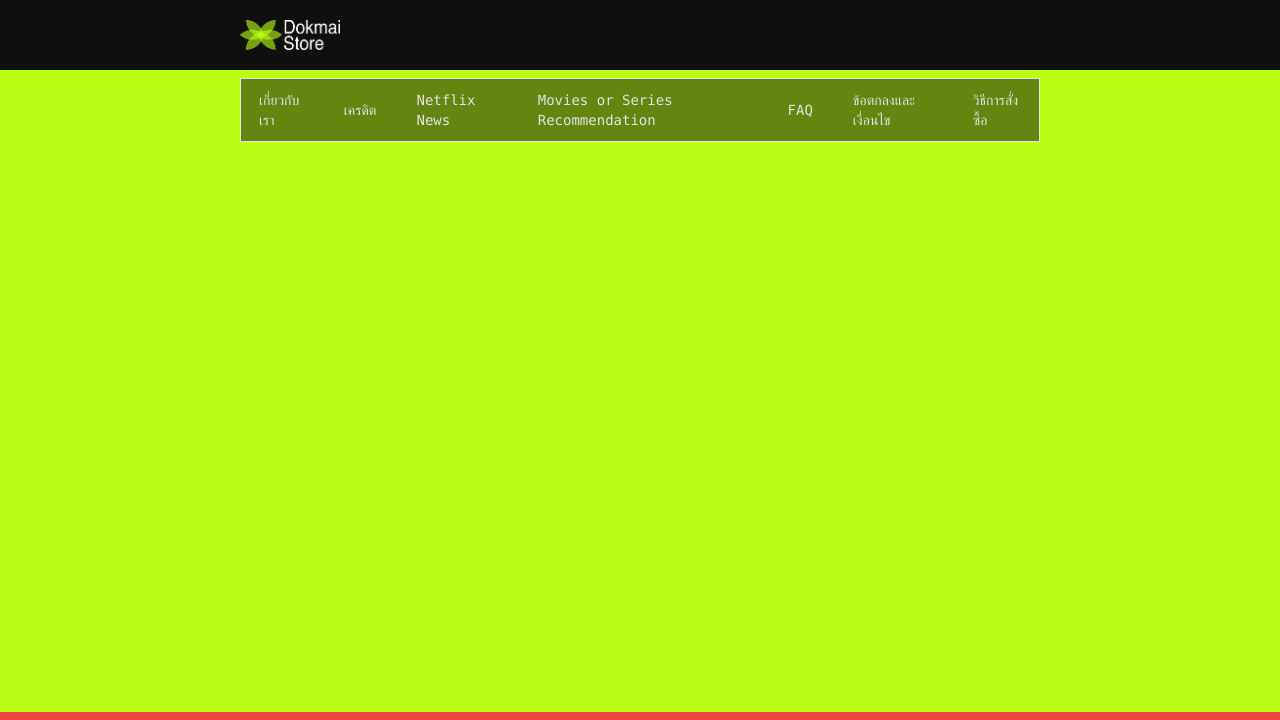
Repository: 0981237197640128312768320198372/oakdoiaj9w28wdumoakwd2398dijkamd3298udijnasd82yt2384772390823947
Page: /
The author's editor kept a copy of each file at every save. The page is drawn from the files as they stood at one save, then again after the next save.
The browser window is 1280 px wide. The pictures show the whole page.
The project was rebuilt for these pictures with package versions that can differ from the ones it lists, and the page was loaded fresh each time. The framework's server and built-in components were replaced by stand-ins that run in the browser. Also part of the build but not shown: next.config.mjs, constant/index.tsx.

Above is the page before, as saved 2024-09-29 00:49:24.

### app/layout.tsx
/* eslint-disable @typescript-eslint/no-unused-vars */
import type { Metadata } from "next"
import "../styles/globals.css"
import Navbar from "@/components/Navbar"
export const metadata: Metadata = {
  title: "บัญชี Netflix Premium คุณภาพสูง | Dokmai Store",
  description:
    "แพลตฟอร์มสินค้าดิจิทัลที่ดีที่สุดในประเทศไทย สำหรับทุกคนที่ต้องการ Netflix Premium ราคาถูกและคุณภาพดี ที่ Dokmai Store เราเป็นผู้ขายอันดับหนึ่งในไทย พร้อมการันตีคุณภาพการใช้งานตลอดอายุการใช้งาน ด้วยบริการที่เชื่อถือได้ ตอบกลับลูกค้าอย่างรวดเร็วภายใน 10 นาที และไม่เกิน 24 ชั่วโมง พร้อมช่วยแก้ไขปัญหาทุกอย่างเพื่อให้คุณได้รับประสบการณ์การดูหนังและซีรีส์ที่ดีที่สุด",
  icons: {
    icon: "./favicon.ico",
    apple: "./apple-touch-icon.png",
  },
  keywords:
    "Netflix Premium, บัญชี Netflix, บริการสตรีมมิ่ง, ดูหนังออนไลน์, ดูซีรีส์, บัญชีราคาถูก, Dokmai Store, ซื้อ Netflix ราคาถูก, บัญชี Netflix ราคาถูก, บัญชี Netflix คุณภาพดี, บริการลูกค้าไว, Netflix Premium, Netflix, Premium, Netflix Account, Account, Netflix Access, Dokmai, Store, Dokmai Store, Digital Product, Premium App, Streaming Service, Service, Streaming, Movie, Movies, Series, Action, Comedy, Drama, Romantic, Watching, Netflix Series, Netflix Movie, Cheap, Cheap Price, High Quality, Good Quality, Quality, Fast Service, Fast Response, Trustable, Reliable, Affordable, เน็ตฟลิกซ์พรีเมียม, เน็ตฟลิกซ์, พรีเมียม, บัญชีเน็ตฟลิกซ์, บัญชี, แอคเค้าท์เน็ตฟลิกซ์,  แอคเค้าท์, เน็ตฟลิกซ์ Access, ดอกไม้สโตร์, ดอกไม้, สโตร์, ร้านค้า, สินค้าดิจิทัล, สินค้าดิจิตอล, แอพพรีเมียม, บริการสตรีมมื่ง, บริการ, สตรีมมิ่ง, หนัง, ดูหนัง, ซีรีย์, ดูซีรีย์, ดู, ซีรีย์เน็ตฟลิกซ์, ซีรีย์ Netflix, Series เน็ตฟลิกซ์, หนังเน็ตฟลิกซ์, หนัง Netflix, ราคาถูก, ราคาดี, ถูก, คุณภาพดี, คุณภาพสูง, คุณภาพ, บริการเร็ว, บริการไว, บริการดี, ตอบเร็ว, ตอบไว, น่าเชื่อถือ, เชื่อถือได้",
  openGraph: {
    type: "website",
    url: "https://www.dokmaistore.com",
    title: "บัญชี Netflix Premium คุณภาพสูง | Dokmai Store",
    description:
      "แพลตฟอร์มสินค้าดิจิทัลที่ดีที่สุดในประเทศไทย สำหรับทุกคนที่ต้องการ Netflix Premium ราคาถูกและคุณภาพดีที่ Dokmai Store เราเป็นผู้ขายอันดับหนึ่งในไทย พร้อมการันตีคุณภาพการใช้งานตลอดอายุการใช้งาน ด้วยบริการที่เชื่อถือได้ ตอบกลับลูกค้าอย่างรวดเร็วภายใน 10 นาที และไม่เกิน 24 ชั่วโมง พร้อมช่วยแก้ไขปัญหาทุกอย่างเพื่อให้คุณได้รับประสบการณ์การดูหนังและซีรีส์ที่ดีที่สุด",
    images: [
      {
        url: "https://www.dokmaistore.com/og-dokmaistore.jpg",
        width: 1200,
        height: 630,
        alt: "Netflix Premium คุณภาพสูง ราคาถูก ที่ Dokmai Store",
      },
    ],
    siteName: "Dokmai Store",
  },
  twitter: {
    card: "summary_large_image",
    site: "@DokmaiStore",
    title: "บัญชี Netflix Premium คุณภาพสูง | Dokmai Store",
    description:
      "แพลตฟอร์มสินค้าดิจิทัลที่ดีที่สุดในประเทศไทย สำหรับทุกคนที่ต้องการ Netflix Premium ราคาถูกและคุณภาพดีที่ Dokmai Store เราเป็นผู้ขายอันดับหนึ่งในไทย พร้อมการันตีคุณภาพการใช้งานตลอดอายุการใช้งาน ด้วยบริการที่เชื่อถือได้ ตอบกลับลูกค้าอย่างรวดเร็วภายใน 10 นาที และไม่เกิน 24 ชั่วโมง พร้อมช่วยแก้ไขปัญหาทุกอย่างเพื่อให้คุณได้รับประสบการณ์การดูหนังและซีรีส์ที่ดีที่สุด",
    images: [
      {
        url: "https://www.dokmaistore.com/og-dokmaistore.jpg",
        alt: "Netflix Premium คุณภาพสูง ราคาถูก ที่ Dokmai Store",
      },
    ],
  },
  alternates: {
    canonical: "https://www.dokmaistore.com",
    languages: {
      "th-TH": "https://www.dokmaistore.com/th",
    },
  },
}

export default function RootLayout({
  children,
}: Readonly<{
  children: React.ReactNode
}>) {
  return (
    <html lang='en' className='!scroll-smooth'>
      <body className='antialiased font-mono min-h-screen bg-dark-800 text-light-200'>
        <Navbar />
        <div className='flex flex-col justify-start items-center w-full h-screen p-10 lg:px-60 pt-20 bg-primary'>
          {children}
        </div>
        <div className='w-full h-2 fixed bottom-0 bg-green-500 sm:bg-yellow-500 md:bg-orange-500 lg:bg-red-500' />
      </body>
    </html>
  )
}

### app/(root)/layout.tsx
/* eslint-disable @typescript-eslint/no-unused-vars */
import type { Metadata } from "next"
import "../../styles/globals.css"

export const metadata: Metadata = {
  title: "Dokmai Store - High Quality Account Netflix Premium",
  description: "watch series now website for payment",
}

export default function RootLayout({
  children,
}: Readonly<{
  children: React.ReactNode
}>) {
  return (
    <html lang='en'>
      <body className='antialiased font-mono min-h-screen bg-dark-800 text-light-200'>
        <div className='flex flex-col justify-center items-center w-full p-10 h-screen'>
          {children}
        </div>
        {/* <div className='w-full h-2 fixed bottom-0 bg-green-500 sm:bg-yellow-500 md:bg-orange-500 lg:bg-red-500' /> */}
      </body>
    </html>
  )
}

### app/(root)/(home)/page.tsx
import HeroSection from "@/components/HeroSection"
import { TextHoverEffect } from "@/components/ui/text-hover-effect"

export default function Home() {
  return (
    <main className='flex flex-col'>
      <div className='flex justify-center items-center'>
        <TextHoverEffect text='DOKMAI' />
      </div>
      <HeroSection />
    </main>
  )
}

### styles/globals.css
@tailwind base;
@tailwind components;
@tailwind utilities;

@font-face {
  font-family: "dokmai-light";
  src: url("../assets/fonts/dokmai-light.ttf") format("woff2");
}
@font-face {
  font-family: "dokmai-regular";
  src: url("../assets/fonts/dokmai-regular.ttf") format("woff2");
}
@font-face {
  font-family: "dokmai-italic";
  src: url("../assets/fonts/dokmai-italic.ttf") format("woff2");
}
@font-face {
  font-family: "dokmai-bold";
  src: url("../assets/fonts/dokmai-bold.ttf") format("woff2");
}
@font-face {
  font-family: "dokmai-bold-italic";
  src: url("../assets/fonts/dokmai-bold-italic.ttf") format("woff2");
}
@font-face {
  font-family: "dokmai-bold-rounded";
  src: url("../assets/fonts/dokmai-bold-rounded.otf") format("woff2");
}
@font-face {
  font-family: "AktivGrotesk";
  font-weight: 900;
  font-style: normal;
  src: url("../assets/fonts/AktivGrotesk-Black.otf") format("opentype");
}

@font-face {
  font-family: "AktivGrotesk";
  font-weight: 900;
  font-style: italic;
  src: url("../assets/fonts/AktivGrotesk-BlackItalic.otf") format("opentype");
}

@font-face {
  font-family: "AktivGrotesk";
  font-weight: 700;
  font-style: normal;
  src: url("../assets/fonts/AktivGrotesk-Bold.otf") format("opentype");
}

@font-face {
  font-family: "AktivGrotesk";
  font-weight: 700;
  font-style: italic;
  src: url("../assets/fonts/AktivGrotesk-BoldItalic.otf") format("opentype");
}

@font-face {
  font-family: "AktivGrotesk";
  font-weight: 100;
  font-style: normal;
  src: url("../assets/fonts/AktivGrotesk-Hairline.otf") format("opentype");
}

@font-face {
  font-family: "AktivGrotesk";
  font-weight: 100;
  font-style: italic;
  src: url("../assets/fonts/AktivGrotesk-HairlineItalic.otf") format("opentype");
}

@font-face {
  font-family: "AktivGrotesk";
  font-weight: 400;
  font-style: italic;
  src: url("../assets/fonts/AktivGrotesk-Italic.otf") format("opentype");
}

@font-face {
  font-family: "AktivGrotesk";
  font-weight: 300;
  font-style: normal;
  src: url("../assets/fonts/AktivGrotesk-Light.otf") format("opentype");
}

@font-face {
  font-family: "AktivGrotesk";
  font-weight: 300;
  font-style: italic;
  src: url("../assets/fonts/AktivGrotesk-LightItalic.otf") format("opentype");
}

@font-face {
  font-family: "AktivGrotesk";
  font-weight: 500;
  font-style: normal;
  src: url("../assets/fonts/AktivGrotesk-Medium.otf") format("opentype");
}

@font-face {
  font-family: "AktivGrotesk";
  font-weight: 500;
  font-style: italic;
  src: url("../assets/fonts/AktivGrotesk-MediumItalic.otf") format("opentype");
}

@font-face {
  font-family: "AktivGrotesk";
  font-weight: 400;
  font-style: normal;
  src: url("../assets/fonts/AktivGrotesk-Regular.otf") format("opentype");
}

@font-face {
  font-family: "AktivGrotesk";
  font-weight: 200;
  font-style: normal;
  src: url("../assets/fonts/AktivGrotesk-Thin.otf") format("opentype");
}

@font-face {
  font-family: "AktivGrotesk";
  font-weight: 200;
  font-style: italic;
  src: url("../assets/fonts/AktivGrotesk-ThinItalic.otf") format("opentype");
}

@font-face {
  font-family: "AktivGrotesk";
  font-weight: 800;
  font-style: normal;
  src: url("../assets/fonts/AktivGrotesk-XBold.otf") format("opentype");
}

@font-face {
  font-family: "AktivGrotesk";
  font-weight: 800;
  font-style: italic;
  src: url("../assets/fonts/AktivGrotesk-XBoldItalic.otf") format("opentype");
}

.__stroke {
  font-size: 48px; /* Adjust the size as needed */
  -webkit-text-stroke: 0.5px #b9fe13; /* 1px stroke with black color */
  color: transparent; /* Makes the fill transparent */
}

a:focus,
button:focus,
img:focus {
  @apply focus:outline-none focus:ring-[0.5px] focus:ring-primary focus:border-primary;
}

### components/Navbar.tsx
"use client"

import React, { useState, useEffect } from "react"
import { usePathname } from "next/navigation"
import Link from "next/link"
import MobileNav from "./MobileNav"
import Image from "next/image"
import dokmaiwithtext from "@/assets/images/dokmaiwithtext.png"
import dokmailogo from "@/assets/images/dokmailogo.png"
import { navButtons } from "@/constant"

const Navbar = () => {
  const path = usePathname()

  const [prevScrollPos, setPrevScrollPos] = useState(0)
  // eslint-disable-next-line @typescript-eslint/no-unused-vars
  const [scrollToTopVisible, setScrollToTopVisible] = useState(false)
  const [visible, setVisible] = useState(true)
  const handleScroll = () => {
    const currentScrollPos = window.pageYOffset
    const isScrollingDown = prevScrollPos < currentScrollPos
    if (currentScrollPos <= 0) {
      // If at the top of the page, make the navbar always visible
      setVisible(true)
      setScrollToTopVisible(false)
    } else {
      setVisible(isScrollingDown)
      setScrollToTopVisible(currentScrollPos > 350)
    }
    setPrevScrollPos(currentScrollPos)
  }
  useEffect(() => {
    window.addEventListener("scroll", handleScroll)
    return () => {
      window.removeEventListener("scroll", handleScroll)
    }
  })

  return (
    <nav
      className={`fixed flex flex-col items-start justify-center top-0 left-0 w-full transition-transform duration-500 z-50 transform  ${
        visible ? "translate-y-0" : "-translate-y-full"
      } z-10`}
    >
      <div className='w-full gap-10 bg-dark-800 py-5 flex px-10 lg:px-60 justify-between duration-1000 items-center '>
        <Link href='/' className='flex select-none items-center gap-1 w-fit'>
          <Image
            width={100}
            height={100}
            src={dokmaiwithtext}
            alt='Dokmai Store'
            className='duration-700 hidden lg:block'
          />
          <Image
            width={60}
            height={60}
            src={dokmailogo}
            alt='Dokmai Store'
            className='duration-700 lg:hidden'
          />
        </Link>
        <div className='flex items-center justify-end gap-5'>
          <div className='justify-center items-center gap-3 md:gap-5 lg:gap-5 hidden max-md:flex'>
            <MobileNav />
          </div>
        </div>
      </div>
      <div className='w-full gap-10 pt-2 flex px-10 lg:px-60 justify-between duration-1000 items-center'>
        <div className='flex w-full justify-between items-center bg-dark-800/50 backdrop-blur border border-t-[1px border-primary] max-md:hidden lg:text-md p-2'>
          <div className=' w-full flex gap-5 justify-between items-center text-white'>
            {navButtons.map((nav, i) => (
              <Link
                href={nav.url}
                key={i}
                className={`text-light-200 flex-col-reverse py-[3px] px-[10px] rounded-sm md:text-sm font-medium group duration-200 ${
                  path === nav.url
                    ? "font-black transition-transform duration-700 "
                    : ""
                }${path === nav.url ? " text-primary" : " hover:text-primary"}`}
              >
                {nav.title}
              </Link>
            ))}
          </div>
        </div>
      </div>
    </nav>
  )
}

export default Navbar

### components/HeroSection.tsx
"use client"

import React from "react"

const HeroSection = () => {
  return (
    <section
      id='HeroSection'
      className='flex flex-col justify-center items-center'
    >
      <div className='hero bg-cover bg-center h-screen flex flex-col justify-center items-center text-center px-4'>
        <h1 className='text-4xl md:text-6xl font-bold text-white mb-4'>
          Watch More Series, Spend Less Money
        </h1>
        <p className='text-xl md:text-2xl text-gray-200 max-w-xl mx-auto mb-6'>
          Get Netflix Premium and other top streaming apps without breaking the
          bank. Enjoy more shows and movies for less, only at Dokmai Store.
        </p>
        <button className='bg-red-600 text-white px-6 py-3 rounded-full hover:bg-red-700 transition duration-300'>
          Start Watching Today
        </button>
      </div>
    </section>
  )
}

export default HeroSection

### components/MobileNav.tsx
/* eslint-disable @typescript-eslint/no-unused-vars */
import { navButtons } from "@/constant"
import Link from "next/link"
import { usePathname } from "next/navigation"
import { CiMenuBurger } from "react-icons/ci"
import { Drawer, DrawerContent, DrawerTrigger } from "@/components/ui/drawer"

const MobileNav = () => {
  const path = usePathname()
  return (
    <Drawer>
      <DrawerTrigger className='hidden max-md:flex dark:hover:bg-white/10 hover:bg-black/5 p-2'>
        <CiMenuBurger className='duration-500 text-dark-800 dark:text-primary text-3xl' />
      </DrawerTrigger>
      <DrawerContent className='bg-gray-200 dark:bg-dark-600 border-none px-5 pb-5 gap-10'>
        <div className='flex flex-col justify-start items-start'>
          <p className='font-mono text-xs tracking-widest text-white/70'>
            Watch MORE Series, Spend LESS MONEY!
          </p>
          <span className='font-aktivGroteskBold text-4xl pt-1 __stroke'>
            DOKMAI STORE
          </span>
        </div>
        <div className='gap-5 flex flex-col justify-end items-end'>
          {navButtons.map((nav, i) => (
            <Link
              href={nav.url}
              key={i}
              className={`dark:text-gray-400 flex-col-reverse py-[3px] px-[10px] rounded-full md:text-sm font-medium group duration-200 w-fit ${
                path === nav.url
                  ? "font-black transition-transform duration-700 "
                  : ""
              }${
                path === nav.url
                  ? " dark:text-primary text-primary bg-primary/20"
                  : " hover:dark:text-primary hover:text-primary hover:bg-primary/20"
              }`}
            >
              {nav.title}
            </Link>
          ))}
        </div>
      </DrawerContent>
    </Drawer>
  )
}

export default MobileNav

### components/ui/drawer.tsx
"use client"

import * as React from "react"
import { Drawer as DrawerPrimitive } from "vaul"

const Drawer = ({
  shouldScaleBackground = true,
  ...props
}: React.ComponentProps<typeof DrawerPrimitive.Root>) => (
  <DrawerPrimitive.Root
    shouldScaleBackground={shouldScaleBackground}
    {...props}
  />
)
Drawer.displayName = "Drawer"

const DrawerTrigger = DrawerPrimitive.Trigger

const DrawerPortal = DrawerPrimitive.Portal

const DrawerClose = DrawerPrimitive.Close

const DrawerOverlay = React.forwardRef<
  React.ElementRef<typeof DrawerPrimitive.Overlay>,
  React.ComponentPropsWithoutRef<typeof DrawerPrimitive.Overlay>
>(({ className, ...props }, ref) => (
  <DrawerPrimitive.Overlay
    ref={ref}
    className={
      `fixed inset-0 z-50 bg-black/80 ${className}`}
    {...props}
  />
))
DrawerOverlay.displayName = DrawerPrimitive.Overlay.displayName

const DrawerContent = React.forwardRef<
  React.ElementRef<typeof DrawerPrimitive.Content>,
  React.ComponentPropsWithoutRef<typeof DrawerPrimitive.Content>
>(({ className, children, ...props }, ref) => (
  <DrawerPortal>
    <DrawerOverlay />
    <DrawerPrimitive.Content
      ref={ref}
      className={`fixed inset-x-0 bottom-0 z-50 mt-24 flex h-auto flex-col rounded-t-[10px] border border-neutral-200 bg-white dark:border-neutral-800 dark:bg-neutral-950 ${className}`
    }
      {...props}
    >
      <div className="mx-auto mt-4 h-2 w-[100px] rounded-full bg-neutral-100 dark:bg-neutral-800" />
      {children}
    </DrawerPrimitive.Content>
  </DrawerPortal>
))
DrawerContent.displayName = "DrawerContent"

const DrawerHeader = ({
  className,
  ...props
}: React.HTMLAttributes<HTMLDivElement>) => (
  <div
    className={`grid gap-1.5 p-4 text-center sm:text-left ${className}`}
    {...props}
  />
)
DrawerHeader.displayName = "DrawerHeader"

const DrawerFooter = ({
  className,
  ...props
}: React.HTMLAttributes<HTMLDivElement>) => (
  <div
    className={`mt-auto flex flex-col gap-2 p-4 ${className}`}
    {...props}
  />
)
DrawerFooter.displayName = "DrawerFooter"

const DrawerTitle = React.forwardRef<
  React.ElementRef<typeof DrawerPrimitive.Title>,
  React.ComponentPropsWithoutRef<typeof DrawerPrimitive.Title>
>(({ className, ...props }, ref) => (
  <DrawerPrimitive.Title
    ref={ref}
    className={`text-lg font-semibold leading-none tracking-tight ${className}`}
    {...props}
  />
))
DrawerTitle.displayName = DrawerPrimitive.Title.displayName

const DrawerDescription = React.forwardRef<
  React.ElementRef<typeof DrawerPrimitive.Description>,
  React.ComponentPropsWithoutRef<typeof DrawerPrimitive.Description>
>(({ className, ...props }, ref) => (
  <DrawerPrimitive.Description
    ref={ref}
    className={`text-sm text-neutral-500 dark:text-neutral-400 ${className}`}
    {...props}
  />
))
DrawerDescription.displayName = DrawerPrimitive.Description.displayName

export {
  Drawer,
  DrawerPortal,
  DrawerOverlay,
  DrawerTrigger,
  DrawerClose,
  DrawerContent,
  DrawerHeader,
  DrawerFooter,
  DrawerTitle,
  DrawerDescription,
}

### tailwind.config.ts
/* eslint-disable @typescript-eslint/no-unused-vars */
/* eslint-disable @typescript-eslint/no-var-requires */
/* eslint-disable prefer-const */
/* eslint-disable @typescript-eslint/no-explicit-any */
import type { Config } from "tailwindcss"
const defaultTheme = require("tailwindcss/defaultTheme")

const colors = require("tailwindcss/colors")
const {
  default: flattenColorPalette,
} = require("tailwindcss/lib/util/flattenColorPalette")

const config: Config = {
  content: [
    "./pages/**/*.{js,ts,jsx,tsx,mdx}",
    "./components/**/*.{js,ts,jsx,tsx,mdx}",
    "./app/**/*.{js,ts,jsx,tsx,mdx}",
  ],
  theme: {
    screens: {
      sm: "640px",
      // => @media (min-width: 640px) { ... }

      md: "768px",
      // => @media (min-width: 768px) { ... }

      lg: "1024px",
      // => @media (min-width: 1024px) { ... }

      xl: "1280px",
      // => @media (min-width: 1280px) { ... }

      "2xl": "1536px",
      // => @media (min-width: 1536px) { ... }
    },
    extend: {
      colors: {
        dark: {
          100: "#5E5E5E",
          200: "#545454",
          300: "#494949",
          400: "#3D3D3D",
          500: "#313131",
          600: "#232323",
          700: "#181818",
          800: "#0F0F0F",
        },
        light: {
          100: "#ECECEC",
          200: "#E4E4E4",
          300: "#D8D8D8",
          400: "#CCCCCC",
          500: "#BFBFBF",
          600: "#B5B5B5",
          700: "#A9A9A9",
          800: "#9B9B9B",
        },
        primary: "#b9fe13",
      },
      fontFamily: {
        // Dokmai Fonts
        dokmaiLight: ["'dokmai-light'", "sans-serif"],
        dokmaiRegular: ["'dokmai-regular'", "sans-serif"],
        dokmaiItalic: ["'dokmai-italic'", "sans-serif"],
        dokmaiBold: ["'dokmai-bold'", "sans-serif"],
        dokmaiBoldItalic: ["'dokmai-bold-italic'", "sans-serif"],
        dokmaiBoldRounded: ["'dokmai-bold-rounded'", "sans-serif"],

        // AktivGrotesk Fonts
        aktivGroteskBlack: ["'AktivGrotesk-Black'", "sans-serif"],
        aktivGroteskBlackItalic: ["'AktivGrotesk-BlackItalic'", "sans-serif"],
        aktivGroteskBold: ["'AktivGrotesk-Bold'", "sans-serif"],
        aktivGroteskBoldItalic: ["'AktivGrotesk-BoldItalic'", "sans-serif"],
        aktivGroteskHairline: ["'AktivGrotesk-Hairline'", "sans-serif"],
        aktivGroteskHairlineItalic: [
          "'AktivGrotesk-HairlineItalic'",
          "sans-serif",
        ],
        aktivGroteskItalic: ["'AktivGrotesk-Italic'", "sans-serif"],
        aktivGroteskLight: ["'AktivGrotesk-Light'", "sans-serif"],
        aktivGroteskLightItalic: ["'AktivGrotesk-LightItalic'", "sans-serif"],
        aktivGroteskMedium: ["'AktivGrotesk-Medium'", "sans-serif"],
        aktivGroteskMediumItalic: ["'AktivGrotesk-MediumItalic'", "sans-serif"],
        aktivGroteskRegular: ["'AktivGrotesk-Regular'", "sans-serif"],
        aktivGroteskThin: ["'AktivGrotesk-Thin'", "sans-serif"],
        aktivGroteskThinItalic: ["'AktivGrotesk-ThinItalic'", "sans-serif"],
        aktivGroteskXBold: ["'AktivGrotesk-XBold'", "sans-serif"],
        aktivGroteskXBoldItalic: ["'AktivGrotesk-XBoldItalic'", "sans-serif"],
      },
    },
  },
  plugins: [addVariablesForColors],
}
function addVariablesForColors({ addBase, theme }: any) {
  let allColors = flattenColorPalette(theme("colors"))
  let newVars = Object.fromEntries(
    Object.entries(allColors).map(([key, val]) => [`--${key}`, val])
  )

  addBase({
    ":root": newVars,
  })
}
export default config

Loaded but not shown: components/ui/text-hover-effect.tsx (134 lines, source omitted)

After the next save:
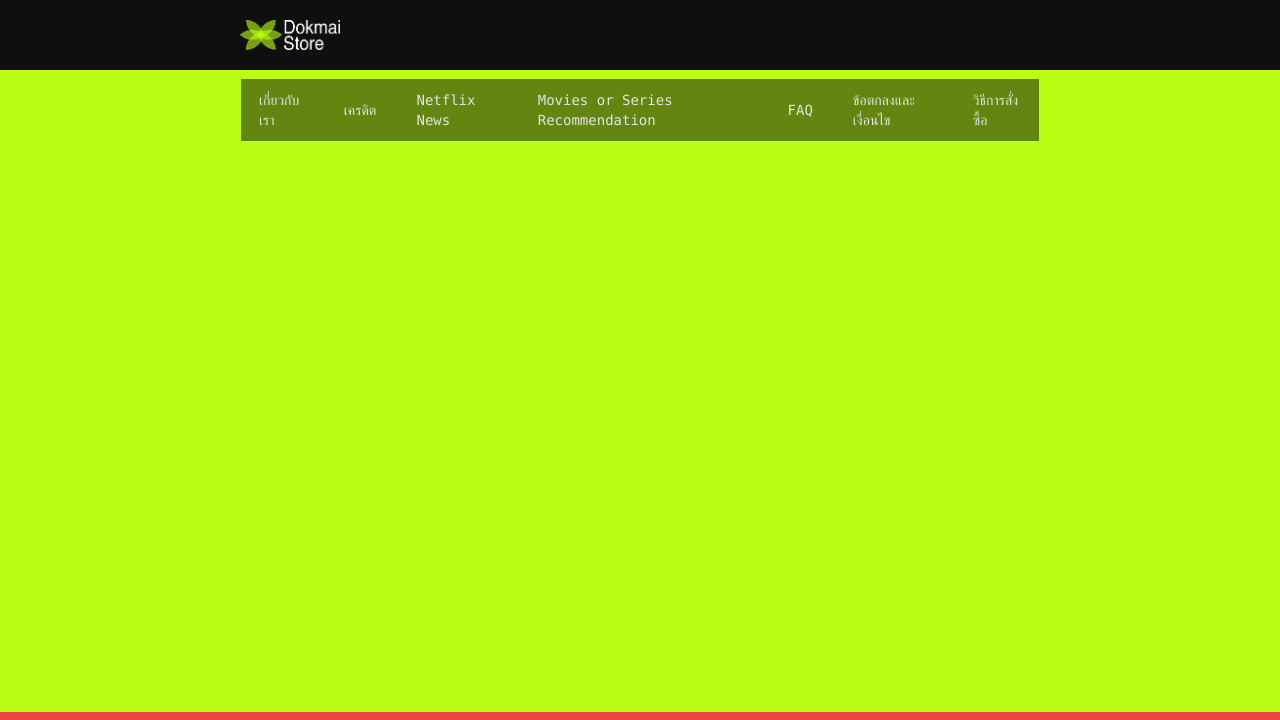
Saved 9 s later.
--- a/components/Navbar.tsx
+++ b/components/Navbar.tsx
@@ -66,7 +66,7 @@
         </div>
       </div>
       <div className='w-full gap-10 pt-2 flex px-10 lg:px-60 justify-between duration-1000 items-center'>
-        <div className='flex w-full justify-between items-center bg-dark-800/50 backdrop-blur border border-t-[1px border-primary] max-md:hidden lg:text-md p-2'>
+        <div className='flex w-full justify-between items-center bg-dark-800/50 backdrop-blur border border-t-[1px] border-primary max-md:hidden lg:text-md p-2'>
           <div className=' w-full flex gap-5 justify-between items-center text-white'>
             {navButtons.map((nav, i) => (
               <Link
